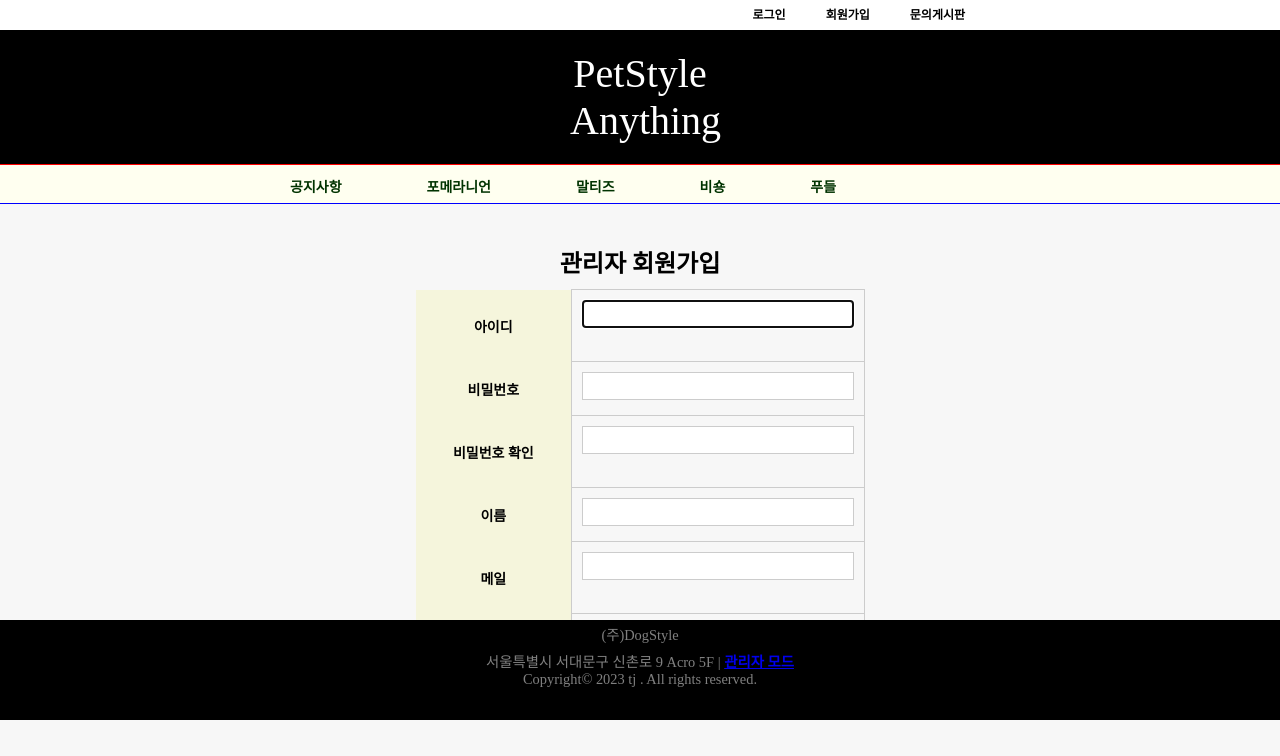
Repository: kdkk2000/Project
Page: http://localhost/petstyle/admin/adminJoin.jsp
An editor plug-in stored every save of this project. The page is shown before and after the next save, followed by the edit.
The browser window is 1280 px wide. The pictures show the whole page.
The page is served by Tomcat 9. Other server files are loaded and not shown. The template is opened directly, without the code that normally fills it, so the values that code supplies are empty.

Above is the page before, as saved 2023-03-29 07:50:47.

### petstyle/WebContent/admin/adminJoin.jsp
<%@ page language="java" contentType="text/html; charset=UTF-8"
    pageEncoding="UTF-8"%>
<%@ taglib prefix="c" uri="http://java.sun.com/jsp/jstl/core" %>
<%@ taglib prefix="fmt" uri="http://java.sun.com/jsp/jstl/fmt"%>
<c:set var="conPath" value="${pageContext.request.contextPath }"/>
<!DOCTYPE html>
<html>
<head>
	<meta charset="UTF-8">
	<title>Admin Join</title>
	<link href="${conPath }/css/join.css" rel="stylesheet">
	<link rel="stylesheet" href="//code.jquery.com/ui/1.13.2/themes/base/jquery-ui.css">
	<script src="https://code.jquery.com/jquery-3.6.0.js"></script>
	<script src="https://code.jquery.com/ui/1.13.2/jquery-ui.js"></script>
	<script>
		$(function(){
			$('input[name="adminId"]').keyup(function(){
				var adminId = $(this).val();
				if(adminId.length<2){
					$('#adminIdConfirmResult').text('아이디는 2글자 이상');
				}else{
					$.ajax({
						url : '${conPath}/adminIdConfirm.do',
						type : 'get',
						data : 'adminId='+adminId,
						dataType : 'html',
						success : function(data){
							$('#adminIdConfirmResult').html(data);
						},
					});// ajax함수
				}//if
			});// keyup event
			$('input[name="adminPw"], input[name="adminPwChk"]').keyup(function(){
				var pw = $('input[name="adminPw"]').val();
				var pwChk = $('input[name="adminPwChk"]').val();
				if(pw == pwChk){
					$('#adminPwChkResult').text('비밀번호 일치');
				}else{
					$('#adminPwChkResult').text('비밀번호 불일치');
				}
			});// keyup event(비밀번호 일치 확인용)
			$('form').submit(function(){
				var adminIdConfirmResult = $('#adminIdConfirmResult').text().trim();
				var adminPwChkResult = $('#adminPwChkResult').text().trim();
				if(adminIdConfirmResult != '사용 가능한 ID입니다'){
					alert('사용 불가한 아이디입니다');
					$('input[name="adminId"]').focus();
					return false; // submit 제한
				}else if(adminPwChkResult != '비밀번호 일치'){
					alert('비밀번호를 확인하세요');
					$('input[name="adminPw"]').focus();
					return false;
				}
			});
		});
	</script>
</head>
<body>
	<jsp:include page="../main/header.jsp"/>
	<div id="content_form">
		<form action="${conPath}/adminJoin.do" method="post">
			<table>
				<caption>관리자 회원가입</caption>
				<tr>
				    <th>아이디</th>
				    <td>
				        <input type="text" name="adminId" required="required" autofocus="autofocus">
				        <div id="adminIdConfirmResult"> &nbsp; </div>
				    </td>
				</tr>
				<tr>
				    <th>비밀번호</th>
				    <td><input type="password" name="adminPw" required="required"></td>
				</tr>
				<tr>
				    <th>비밀번호 확인</th>
				    <td>
				        <input type="password" name="adminPwChk" required="required">
				        <div id="adminPwChkResult"> &nbsp; </div>
				    </td>
				</tr>
				<tr>
				    <th>이름</th>
				    <td><input type="text" name="adminName" required="required"></td>
				</tr>
				<tr>
				    <th>메일</th>
				    <td>
				        <input type="text" name="adminEmail" required="required">
				        <div id="adminEmailConfirmResult"> &nbsp; </div>
				    </td>
				</tr>
				<tr>
				    <th>전화번호</th>
				    <td><input type="text" name="adminPhone"></td>
				</tr>
				<tr>
					<td colspan="2">
						<p>
							<input type="submit" value="회원가입" class="btn">
							<input type="button" value="로그인" class="btn" onclick="location='${conPath}/adminLoginView.do'">
						</p>
					</td>
				</tr>
			</table>
		</form>
	</div>
	<jsp:include page="../main/footer.jsp"/>
</body>
</html>

### petstyle/WebContent/main/header.jsp
<%@ page language="java" contentType="text/html; charset=UTF-8"
    pageEncoding="UTF-8"%>
<%@taglib prefix="c" uri="http://java.sun.com/jsp/jstl/core"%>
<%@taglib prefix="fmt" uri="http://java.sun.com/jsp/jstl/fmt" %>
<c:set var="conPath" value="${pageContext.request.contextPath }"/>
<!DOCTYPE html>
<html>
<head>
	<meta charset="UTF-8">
	<title>Insert title here</title>
<style>
	*{padding:0; margin: 0;}
	header {
		background-color: black; font-size: 10pt; color: white;
	}
	header a {text-decoration: none; font-weight: bold;}
	header li {list-style: none;}
	header .gnb {
	    width: 100%;
	    background-color: white;
	    margin-left: auto;
	}
	header .gnb ul {
		overflow: hidden;
		width:700px;
		height: 30px;
		line-height: 30px;
		margin: 0 auto;
	}
	header .gnb ul li {	float: right; margin-right:10px;}
	header .gnb a {
		color : black;
		font-size: 0.9em;
		display: block;
		padding-left:15px;
		padding-right:15px;
	}
	header .gnb a:hover {
		font-size: 1.2em;
  		background-color: black;
  		color: white;
	}

	header .logo{
		width:140px; text-align:center;
		margin: 20px auto; font-size:3em;
		cursor: pointer;
	}
	header .lnb {
		background-color: ivory;
	  	width: 100%; height: 40px;
	  	border-top: 1px solid red;
		border-bottom: 1px solid blue;
		position:relative; /*서브메뉴가 main영역 위로 */
	}
	header .lnb ul{
		text-align:center;
		overflow: hidden;
		width:800px;
		margin: 0 auto;
	}
	header .lnb ul>li {
		font-weight: bold;
		font-size: 14px;
		margin: 5px;
		margin-left: 20px;
		float:left;
		padding:5px 30px;
		line-height: 25px;
	}
	header .lnb li:hover {
  		background-color: black;
  		color: white;
	}
	header .lnb a {
		color : white;
		font-size: 0.9em;
		display: block;
		padding-left:15px;
		padding-right:15px;
	}
	header .lnb a:hover {
  		background-color: yellow;
  		color: black;
	}
	header .lnb li {color: #003300;}
	header .lnb ul li .subMenu {display:none;}
	header .lnb ul li:hover .subMenu {display: block; margin: 10px 0 0 0;}
</style>
</head>
<body>
<header>
	<c:if test="${empty user and empty admin}"> <%-- 로그인 전 화면 --%>
		<div class="gnb">
			<ul>
				<li><a href="${conPath }/boardList.do">문의게시판</a></li>
				<li><a href="${conPath }/joinView.do">회원가입</a></li>
				<li><a href="${conPath }/loginView.do">로그인</a></li>
			</ul>
		</div>
		<div class="logo" onclick="location.href='${conPath}/main.do'">
			PetStyle Anything
		</div>
		<div class="lnb">
			<ul>
				<li>공지사항
					<ol class="subMenu">
						<li><a href="${conPath }/noticeList.do">공지사항</a></li>
					</ol>
				</li>
				<li>포메라니언
					<ol class="subMenu">
						<li><a href="../fileBoardUp/dog.jpg">곰돌이컷</a></li>
						<li><a href="#">물개컷</a></li>
						<li><a href="#">포메컷</a></li>
						<li><a href="#">라이언컷</a></li>
						<li><a href="#">풀코트</a></li>
					</ol>
				</li>
				<li>말티즈
					<ol class="subMenu">
						<li><a href="#">알밤컷</a></li>
						<li><a href="#">곰돌이컷</a></li>
						<li><a href="#">베이비컷 </a></li>
						<li><a href="#">무스타슈 </a></li>
					</ol>
				</li>
				<li>비숑
					<ol class="subMenu">
						<li><a href="#">하이바컷</a></li>
						<li><a href="#">귀툭튀컷</a></li>
					</ol>
				</li>
				<li>푸들
					<ol class="subMenu">
						<li><a href="#">양컷</a></li>
						<li><a href="#">몽키컷</a></li>
						<li><a href="#">브로콜리컷</a></li>
						<li><a href="#">테디베어컷</a></li>
						<li><a href="#">귀똑컷</a></li>
					</ol>
				</li>
			</ul>
		</div>
	</c:if>
	<c:if test="${not empty user and empty admin}"> <%-- 사용자 모드 로그인 화면--%>
		<div class="gnb">
			<ul>
				<li><a href="${conPath }/boardList.do">문의게시판</a></li>
				<li><a href="${conPath }/logout.do">로그아웃</a></li>
				<li><a href="${conPath }/modifyView.do">정보수정</a></li>
				<li><a>${user.userName }님 &nbsp; ▶</a></li>
			</ul>
		</div>
		<div class="logo" onclick="location.href='${conPath}/main.do'">
			PetStyle Anything
		</div>
		<div class="lnb">
			<ul>
				<li>공지사항
					<ol class="subMenu">
						<li><a href="${conPath }/noticeList.do">공지사항</a></li>
					</ol>
				</li>
				<li>포메라니언
					<ol class="subMenu">
						<li><a href="#">곰돌이컷</a></li>
						<li><a href="#">물개컷</a></li>
						<li><a href="#">포메컷</a></li>
						<li><a href="#">라이언컷</a></li>
						<li><a href="#">풀코트컷</a></li>
					</ol>
				</li>
				<li>말티즈
					<ol class="subMenu">
						<li><a href="#">알밤컷</a></li>
						<li><a href="#">곰돌이컷</a></li>
						<li><a href="#">베이비컷 </a></li>
						<li><a href="#">무스타슈컷 </a></li>
					</ol>
				</li>
				<li>비숑
					<ol class="subMenu">
						<li><a href="#">하이바컷</a></li>
						<li><a href="#">귀툭튀컷</a></li>
					</ol>
				</li>
				<li>푸들
					<ol class="subMenu">
						<li><a href="#">양컷</a></li>
						<li><a href="#">몽키컷</a></li>
						<li><a href="#">브로콜리컷</a></li>
						<li><a href="#">테디베어컷</a></li>
						<li><a href="#">귀똑컷</a></li>
					</ol>
				</li>
			</ul>
		</div>
	</c:if>
	<c:if test="${empty user and not empty admin}"> <%-- 관리자 모드 로그인 화면--%>
		<div class="gnb">
			<ul>
				<li><a href="${conPath }/boardList.do">문의게시판</a></li>
				<li><a href="${conPath }/logout.do">관리자모드나가기</a></li>
				<li><a href="${conPath }/adminModify.do">정보수정</a></li>
				<li><a>${admin.adminName }님 &nbsp; ▶</a></li>
			</ul>
		</div>
		<div class="logo" onclick="location.href='${conPath}/main.do'">
			PetStyle Anything
		</div>
		<div class="lnb">
			<ul>
				<li>공지사항
					<ol class="subMenu">
						<li><a href="${conPath }/noticeList.do">공지사항</a></li>
					</ol>
				</li>
				<li>회원 리스트
					<ol class="subMenu">
						<li><a href="${conPath }/allUser.do">회원 리스트</a></li>
					</ol>
				</li>
				<li>관리자 메모장
					<ol class="subMenu">
						<li><a href="#">관리자 메모장</a></li>
					</ol>
				</li>
			</ul>
		</div>
	</c:if>
</header>
</body>
</html>

### petstyle/WebContent/main/footer.jsp
<%@ page language="java" contentType="text/html; charset=UTF-8"
    pageEncoding="UTF-8"%>
<%@taglib prefix="c" uri="http://java.sun.com/jsp/jstl/core"%>
<%@taglib prefix="fmt" uri="http://java.sun.com/jsp/jstl/fmt" %>
<c:set var="conPath" value="${pageContext.request.contextPath }"/>
<!DOCTYPE html>
<html>
<head>
<meta charset="UTF-8">
<title>Insert title here</title>
	<style>
	footer {
		position: fixed;
		bottom: 0;
		height: 100px;
		background-color: black;
		width: 100%;
	}

	#footer_conts {
		color: gray;
		font-size: 0.9em;
		text-align: center;
		margin: 0 auto;
		width: 80%;
	}

	#footer_conts p:first-child {
		height: 30px;
		line-height: 30px;
	}
</style>
</head>
<body>
	<footer>
		<div id="footer_conts">
			<p>(주)DogStyle</p>
			<p>서울특별시 서대문구 신촌로 9 Acro 5F | <b><a href="${conPath }/adminLoginView.do">관리자 모드</a></b></p>
			<p>Copyright© 2023 tj . All rights reserved.</p>
		</div>
	</footer>
</body>
</html>

### petstyle/WebContent/css/join.css
@charset "UTF-8";

* {
	box-sizing: border-box;
  	margin: 0;
	padding: 0;
}

body {
  	background-color: #f7f7f7;
}

#content_form {
  	margin: 40px auto;
  	width: 450px;
}

table {
  	border-collapse: collapse;
  	margin: 0 auto;
  	width: 100%;
  	font-size: 16px;
}

table caption {
  	font-size: 24px;
  	font-weight: bold;
  	margin-bottom: 10px;
}

table th {
  	background-color: beige;
  	color: black;
  	font-size: 14px;
  	padding: 10px;
  	text-align: center;
}

table td {
  	border: 1px solid #ccc;
  	padding: 10px;
}

table td:first-child {
  	font-weight: bold;
  	width: 100px;
}

input[type="text"],
input[type="password"],
textarea {
  	border: 1px solid #ccc;
  	padding: 6px;
  	font-size: 12px;
  	width: 100%;
  	margin-bottom: 5px;
}

#userIdConfirmResult,
#userPwChkResult,
#userEmailConfirmResult {
  	font-size: 12px;
  	font-weight: bold;
  	color: #333;
  	margin-top: 5px;
}

.btn {
  	background-color: #4CAF50;
  	border: none;
  	border-radius: 5px;
  	color: #fff;
  	cursor: pointer;
  	padding: 5px 10px;
  	font-size: 12px;
  	text-align: center;
}

.btn:hover {
  	background-color: black;
}

.btn:last-child {
  	margin-right: 0;
}

After the next save:
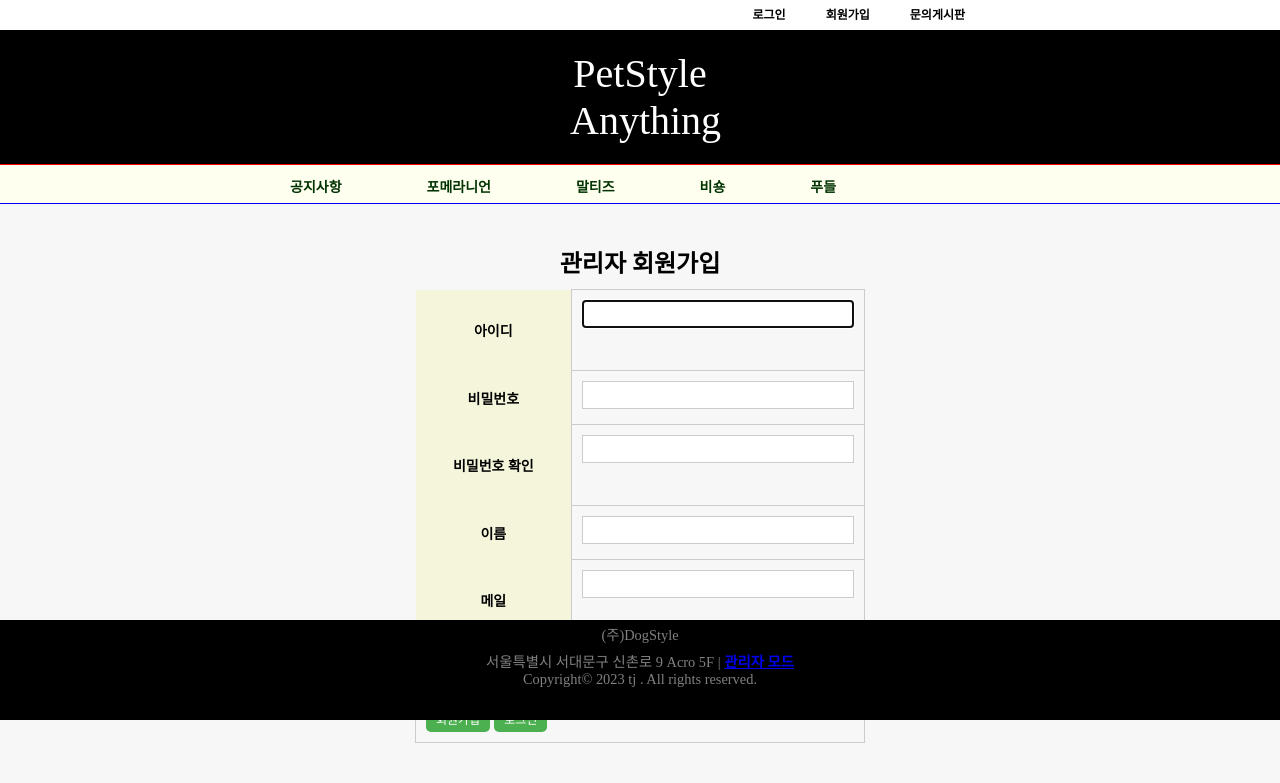
Saved 14 min 32 s later.
--- a/petstyle/WebContent/css/join.css
+++ b/petstyle/WebContent/css/join.css
@@ -39,6 +39,12 @@
 table td {
   	border: 1px solid #ccc;
   	padding: 10px;
+}
+
+form table td div {
+	margin-top: 10px;
+	color: #f00;
+	font-size: 0.9em;
 }
 
 table td:first-child {

After the 4 saves that followed:
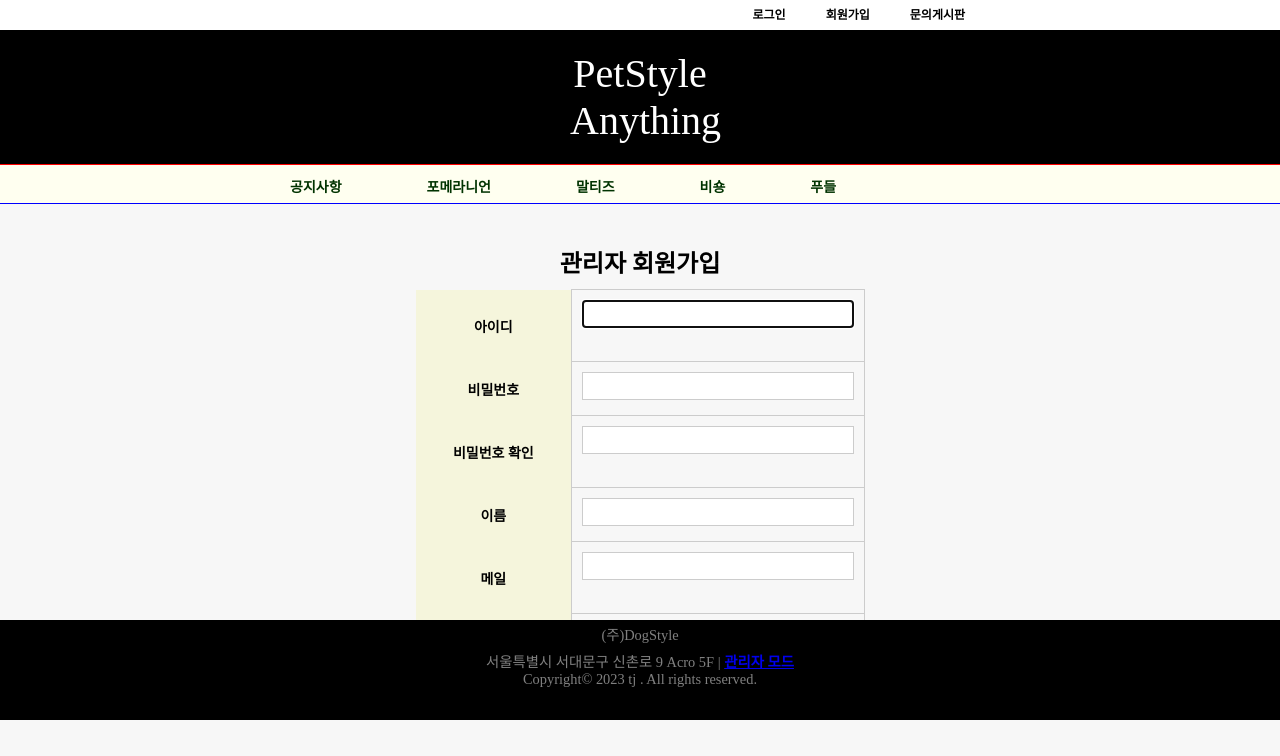
The 4 saves are shown as one change because 3 left the picture as it was.
The last was saved 2 min 2 s later.
--- a/petstyle/WebContent/css/join.css
+++ b/petstyle/WebContent/css/join.css
@@ -41,12 +41,6 @@
   	padding: 10px;
 }
 
-form table td div {
-	margin-top: 10px;
-	color: #f00;
-	font-size: 0.9em;
-}
-
 table td:first-child {
   	font-weight: bold;
   	width: 100px;
@@ -67,7 +61,7 @@
 #userEmailConfirmResult {
   	font-size: 12px;
   	font-weight: bold;
-  	color: #333;
+  	color: red;
   	margin-top: 5px;
 }
 
